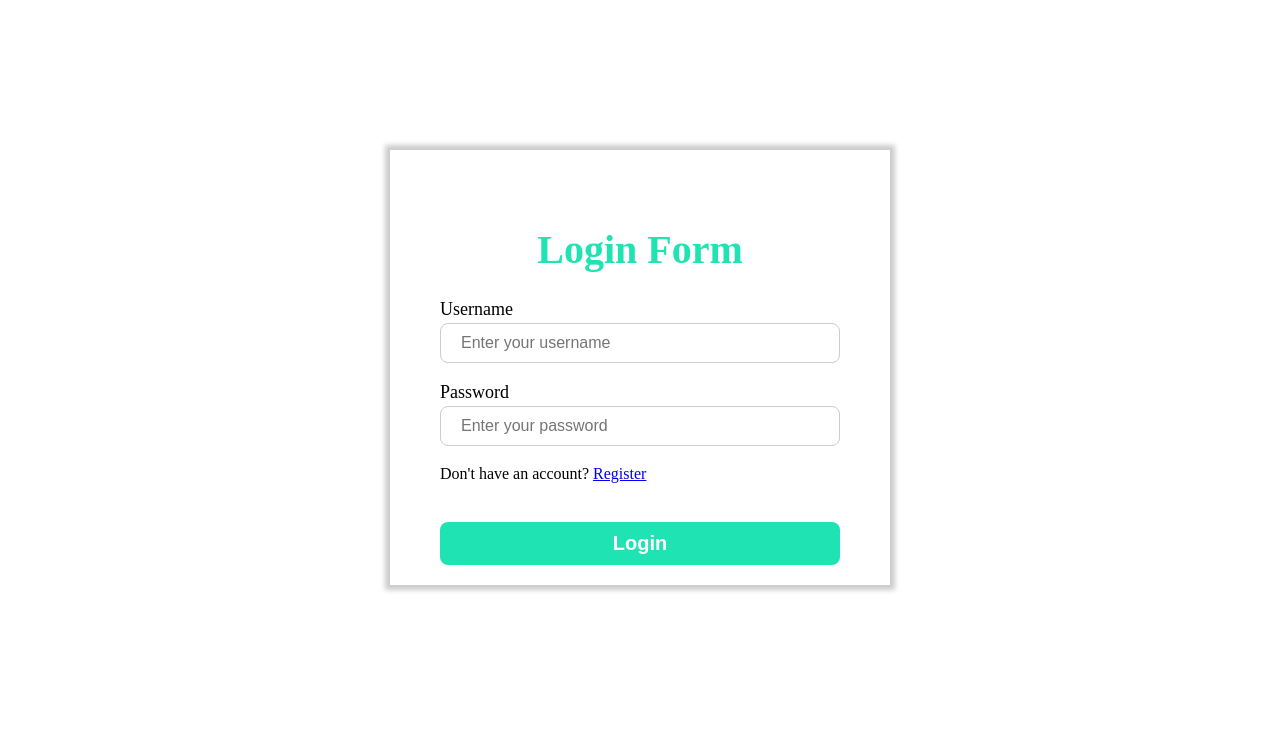
Repository: Trung0810/btl_cnpm_fe
Page: /
The author's editor kept a copy of each file at every save. The page is drawn from the files as they stood at one save, then again after the next save.
The browser window is 1280 px wide. The pictures show the whole page.
The project was rebuilt for these pictures with package versions that can differ from the ones it lists, and the page was loaded fresh each time. Also part of the build but not shown: src/components/header/header.css, src/components/header/Header.js, src/components/footer/Footer.css, src/components/footer/Footer.js, src/components/shoes_list/ShoesCard.css, src/components/shoes_list/ShoesCard.js, src/components/shoes_list/ShoesList.css, src/components/shoes_list/ShoesList.js and 14 more.

Above is the page before, as saved 2026-03-31 09:29:58.

### public/index.html
<!doctype html>
<html lang="en">
  <head>
    <meta charset="utf-8" />
    <link rel="icon" href="%PUBLIC_URL%/favicon.ico" />
    <meta name="viewport" content="width=device-width, initial-scale=1" />
    <meta name="theme-color" content="#000000" />
    <meta
      name="description"
      content="Web site created using create-react-app"
    />
    <link rel="apple-touch-icon" href="%PUBLIC_URL%/logo192.png" />
    <!--
      manifest.json provides metadata used when your web app is installed on a
      user's mobile device or desktop. See https://developers.google.com/web/fundamentals/web-app-manifest/
    -->
    <link rel="manifest" href="%PUBLIC_URL%/manifest.json" />
    <!--
      Notice the use of %PUBLIC_URL% in the tags above.
      It will be replaced with the URL of the `public` folder during the build.
      Only files inside the `public` folder can be referenced from the HTML.

      Unlike "/favicon.ico" or "favicon.ico", "%PUBLIC_URL%/favicon.ico" will
      work correctly both with client-side routing and a non-root public URL.
      Learn how to configure a non-root public URL by running `npm run build`.
    -->
    <link rel="preconnect" href="https://fonts.googleapis.com" />
    <link rel="preconnect" href="https://fonts.gstatic.com" crossorigin />
    <link
      href="https://fonts.googleapis.com/css2?family=DM+Sans:ital,opsz,wght@0,9..40,100..1000;1,9..40,100..1000&family=Oswald:wght@200..700&display=swap"
      rel="stylesheet"
    />
    <title>React App</title>
  </head>
  <body>
    <noscript>You need to enable JavaScript to run this app.</noscript>
    <div id="root"></div>
    <!--
      This HTML file is a template.
      If you open it directly in the browser, you will see an empty page.

      You can add webfonts, meta tags, or analytics to this file.
      The build step will place the bundled scripts into the <body> tag.

      To begin the development, run `npm start` or `yarn start`.
      To create a production bundle, use `npm run build` or `yarn build`.
    -->
  </body>
</html>

### src/index.js
import React from "react";
import ReactDOM from "react-dom/client";
import App from "./App";
import reportWebVitals from "./reportWebVitals";
import "./index.css";
import "./reset.css";
import "@fortawesome/fontawesome-free/css/all.min.css";

const root = ReactDOM.createRoot(document.getElementById("root"));
root.render(
  <React.StrictMode>
    <App />
  </React.StrictMode>,
);

// If you want to start measuring performance in your app, pass a function
// to log results (for example: reportWebVitals(console.log))
// or send to an analytics endpoint. Learn more: https://bit.ly/CRA-vitals
reportWebVitals();

### src/App.js
import { Fragment } from "react";
import Header from "./components/header/Header";
import Footer from "./components/footer/Footer";
import HomePage from "./components/home_page/HomePage";
import ShoesPage from "./components/shoes_page/ShoesPage";
import LoginForm from "./components/login_form/LoginForm";
import "./App.css";

function App() {
  return (
    <Fragment>
      {/* <Header></Header>
      <HomePage></HomePage>
      <ShoesPage></ShoesPage>
      <Footer></Footer> */}
      <LoginForm></LoginForm>
    </Fragment>
  );
}

export default App;

### src/index.css
body {
  margin: 0;
  font-family:
    -apple-system, BlinkMacSystemFont, "Segoe UI", "Roboto", "Oxygen", "Ubuntu",
    "Cantarell", "Fira Sans", "Droid Sans", "Helvetica Neue", sans-serif;
  -webkit-font-smoothing: antialiased;
  -moz-osx-font-smoothing: grayscale;
  font-family: "DM Sans", sans-serif;
}
body::-webkit-scrollbar {
  display: none;
}
code {
  font-family:
    source-code-pro, Menlo, Monaco, Consolas, "Courier New", monospace;
}
* {
  box-sizing: border-box;
}

### src/components/login_form/LoginForm.js
import React from "react";
import { useForm } from "react-hook-form";
import { yupResolver } from "@hookform/resolvers/yup";
import * as yup from "yup";
import "./LoginForm.css";

const LoginForm = () => {
  const schema = yup.object({
    username: yup
      .string()
      .required("Please enter your username!")
      .min(8, "Must be at least 8 characters!")
      .max(16, "Must be at most 16 characters!"),
    password: yup.string().required("Please enter your password!"),
  });

  const {
    register,
    handleSubmit,
    formState: { errors, isValid },
  } = useForm({
    mode: "onChange",
    resolver: yupResolver(schema),
  });

  const submit = (values) => {
    console.log(values);
  };

  return (
    <form className="login-form" onSubmit={handleSubmit(submit)}>
      <h2 className="login-form-title">Login Form</h2>
      <div className="login-form-wrapper">
        <label htmlFor="username">Username</label>
        <input
          type="text"
          id="username"
          className="login-form-input"
          placeholder="Enter your username"
          {...register("username")}
        />
        {errors.username && (
          <div className="login-form-error">{errors.username.message}</div>
        )}
      </div>
      <div className="login-form-wrapper">
        <label htmlFor="password">Password</label>
        <input
          type="text"
          id="password"
          className="login-form-input"
          placeholder="Enter your password"
          {...register("password")}
        />
        {errors.password && (
          <div className="login-form-error">{errors.password.message}</div>
        )}
      </div>
      <div className="login-form-option">
        <p>
          Don't have an account? <a href="#">Register</a>
        </p>
      </div>
      <button
        type="submit"
        className="login-form-button"
        style={{ pointerEvents: isValid ? "" : "none" }}
      >
        Login
      </button>
    </form>
  );
};

export default LoginForm;

### src/App.css
input {
  display: block;
  font-size: 16px;
  font-weight: 500;
  padding: 10px 20px;
  border: 1px solid #ccc;
  border-radius: 8px;
  outline: none;
}
button {
  display: block;
  width: 200px;
  padding: 10px 30px;
  font-size: 24px;
  font-weight: 500;
  border-radius: 8px;
  border: none;
  outline: none;
  cursor: pointer;
}

### src/components/login_form/LoginForm.css
.login-form {
  width: 500px;
  padding: 80px 50px 20px;
  margin: 150px auto;
  box-shadow: 0 0 5px 5px #ccc;
}
.login-form-title {
  font-size: 40px;
  font-weight: bold;
  color: #20e3b4;
  text-align: center;
  margin-bottom: 30px;
}
.login-form-wrapper {
  display: flex;
  flex-direction: column;
  row-gap: 5px;
  margin-bottom: 20px;
}
.login-form-wrapper label {
  font-size: 18px;
  font-weight: 500;
}
.login-form-input {
  width: 100%;
}
.login-form-error {
  font-weight: 500;
  color: #de4242;
}
.login-form-option {
  font-size: 16px;
}
.login-form-button {
  width: 100%;
  background-color: #20e3b4;
  font-size: 20px;
  font-weight: bold;
  color: #fff;
  margin-top: 40px;
}

Loaded but not shown: src/reportWebVitals.js (common file); src/reset.css (common file)

After the next save:
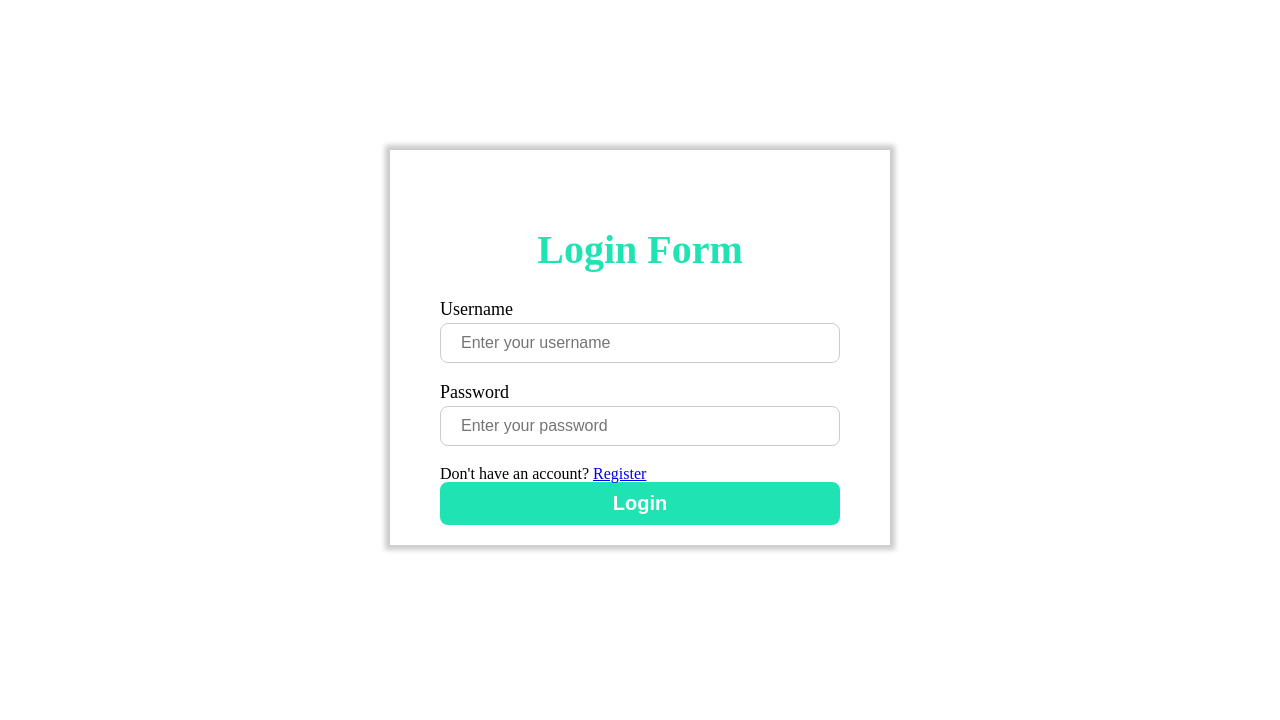
Saved 9 s later.
--- a/src/components/login_form/LoginForm.css
+++ b/src/components/login_form/LoginForm.css
@@ -37,5 +37,5 @@
   font-size: 20px;
   font-weight: bold;
   color: #fff;
-  margin-top: 40px;
+  margin-top: auto;
 }

After the save that followed:
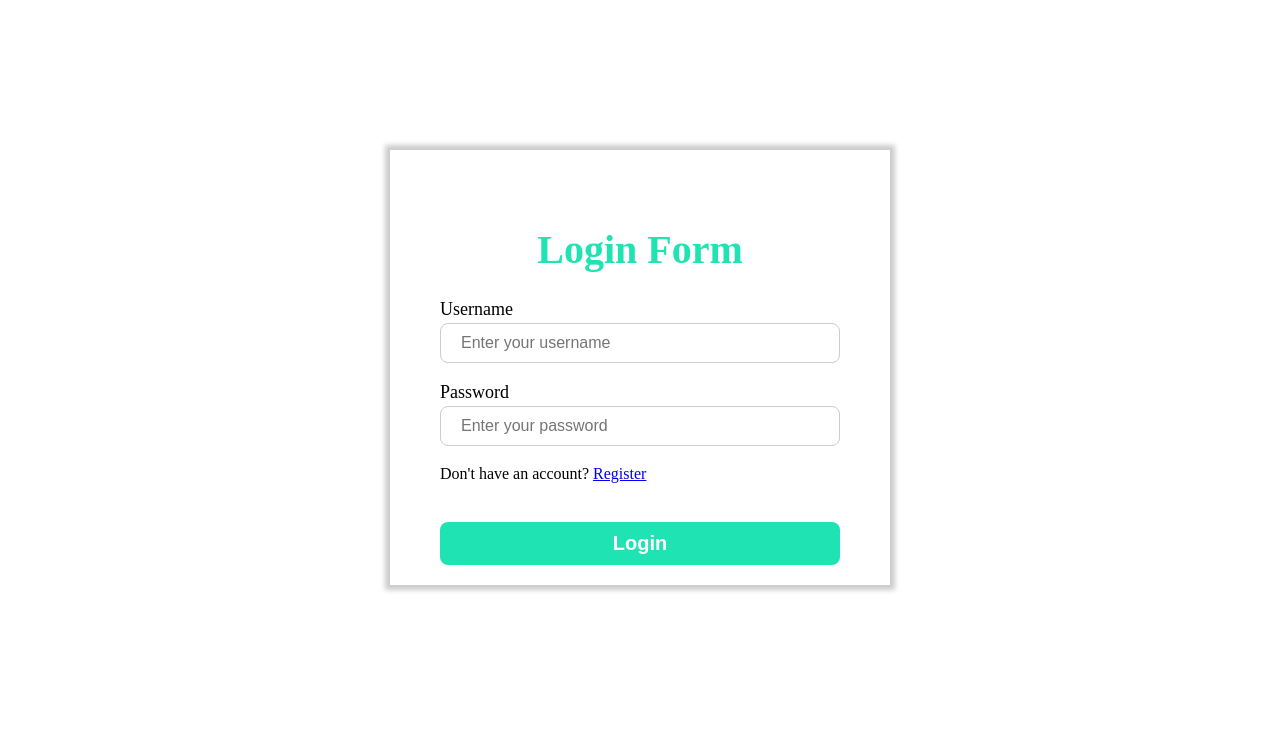
Saved 16 s later.
--- a/src/components/login_form/LoginForm.css
+++ b/src/components/login_form/LoginForm.css
@@ -37,5 +37,5 @@
   font-size: 20px;
   font-weight: bold;
   color: #fff;
-  margin-top: auto;
+  margin-top: 40px;
 }
